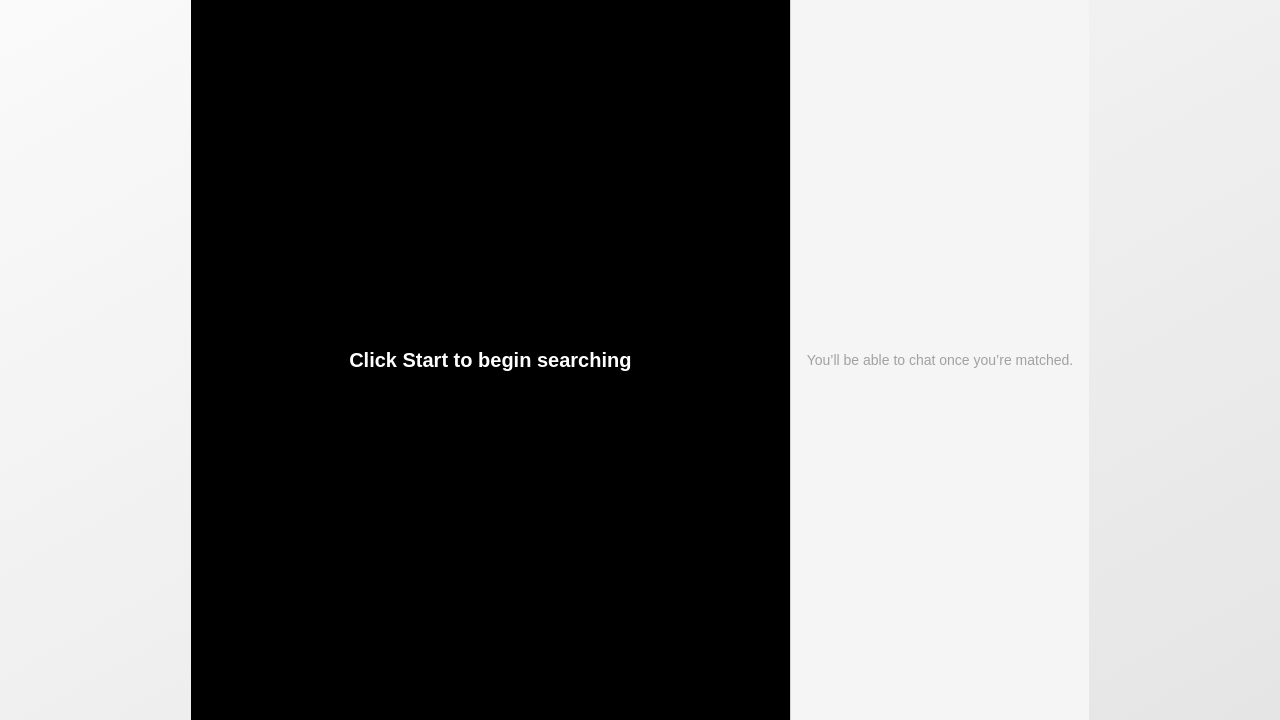
Repository: akanksha653/connectify
Page: /anonymous
An editor plug-in stored every save of this project. The page is shown before and after the next save, followed by the edit.
The browser window is 1280 px wide. The pictures show the whole page.
The page's requests for data from a server got no answer. The project was rebuilt for these pictures with package versions that can differ from the ones it lists, and the page was loaded fresh each time. The framework's server and built-in components were replaced by stand-ins that run in the browser. No one was signed in, and anything a server would have sent is missing. Also part of the build but not shown: next.config.ts, components/video/LocalVideo.tsx, components/video/RemoteVideo.tsx, components/chat/Message.tsx, components/chat/TypingIndicator.tsx, components/chat/ChatBox.tsx, features/anonymousChat/components/FindingPartner.tsx.

Above is the page before, as saved 2025-07-12 21:23:49.

After the next save:
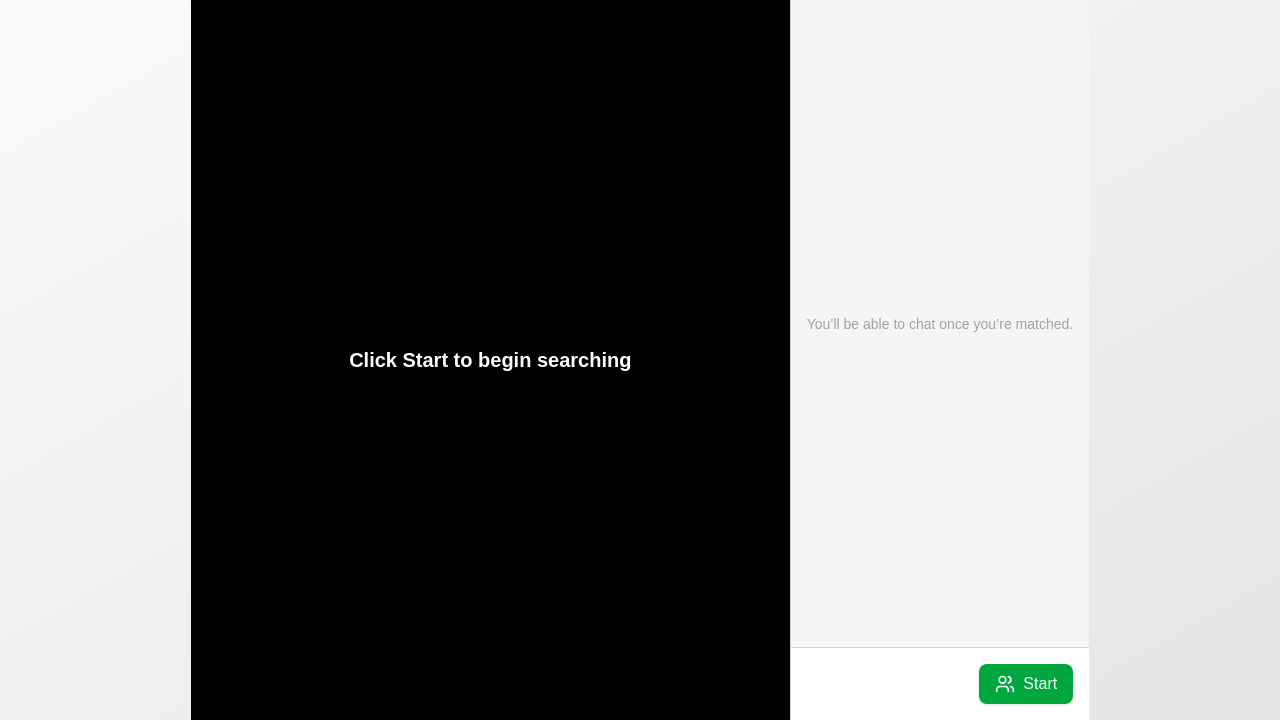
Saved 4 s later.
--- a/features/anonymousChat/components/AnonymousChatRoom.tsx
+++ b/features/anonymousChat/components/AnonymousChatRoom.tsx
@@ -7,6 +7,7 @@ import LocalVideo from "../../../components/video/LocalVideo";
 import RemoteVideo from "../../../components/video/RemoteVideo";
 import ChatBox from "../../../components/chat/ChatBox";
 import FindingPartner from "./FindingPartner";
+import { Video, Users, RefreshCcw, CircleStop } from "lucide-react";
 
 export default function AnonymousChatRoom() {
   const [roomId, setRoomId] = useState<string | null>(null);
@@ -64,7 +65,6 @@ export default function AnonymousChatRoom() {
     };
   }, [socket, roomId]);
 
-  // 🔁 Control functions passed into ChatBox
   const handleStart = () => {
     if (!sessionStarted) {
       setLoading(true);
@@ -89,6 +89,41 @@ export default function AnonymousChatRoom() {
     handleStop();
     handleStart();
     console.log("⏭️ Skipped to new partner");
+  };
+
+  const renderControlButton = () => {
+    const baseClasses = "flex items-center gap-2 px-4 py-2 rounded-lg shadow font-medium transition";
+    if (!sessionStarted) {
+      return (
+        <button
+          onClick={handleStart}
+          className={`${baseClasses} bg-green-600 hover:bg-green-700 text-white`}
+        >
+          <Users className="w-5 h-5" />
+          Start
+        </button>
+      );
+    } else if (loading) {
+      return (
+        <button
+          onClick={handleStop}
+          className={`${baseClasses} bg-red-600 hover:bg-red-700 text-white`}
+        >
+          <CircleStop className="w-5 h-5" />
+          Stop
+        </button>
+      );
+    } else {
+      return (
+        <button
+          onClick={handleSkip}
+          className={`${baseClasses} bg-yellow-500 hover:bg-yellow-600 text-white`}
+        >
+          <RefreshCcw className="w-5 h-5" />
+          Skip
+        </button>
+      );
+    }
   };
 
   return (
@@ -117,21 +152,16 @@ export default function AnonymousChatRoom() {
       <div className="flex flex-col border-l border-neutral-300 dark:border-neutral-700">
         <div className="flex-grow overflow-y-auto">
           {roomId ? (
-            <ChatBox
-              socket={socket}
-              roomId={roomId}
-              onStart={handleStart}
-              onStop={handleStop}
-              onSkip={handleSkip}
-              sessionStarted={sessionStarted}
-              loading={loading}
-            />
+            <ChatBox socket={socket} roomId={roomId} />
           ) : (
             <div className="flex items-center justify-center h-full text-neutral-400 text-sm px-4">
               You’ll be able to chat once you’re matched.
             </div>
           )}
         </div>
+        <div className="p-4 border-t border-neutral-300 dark:border-neutral-700 bg-white dark:bg-neutral-800 flex justify-end">
+          {renderControlButton()}
+        </div>
       </div>
     </div>
   );
